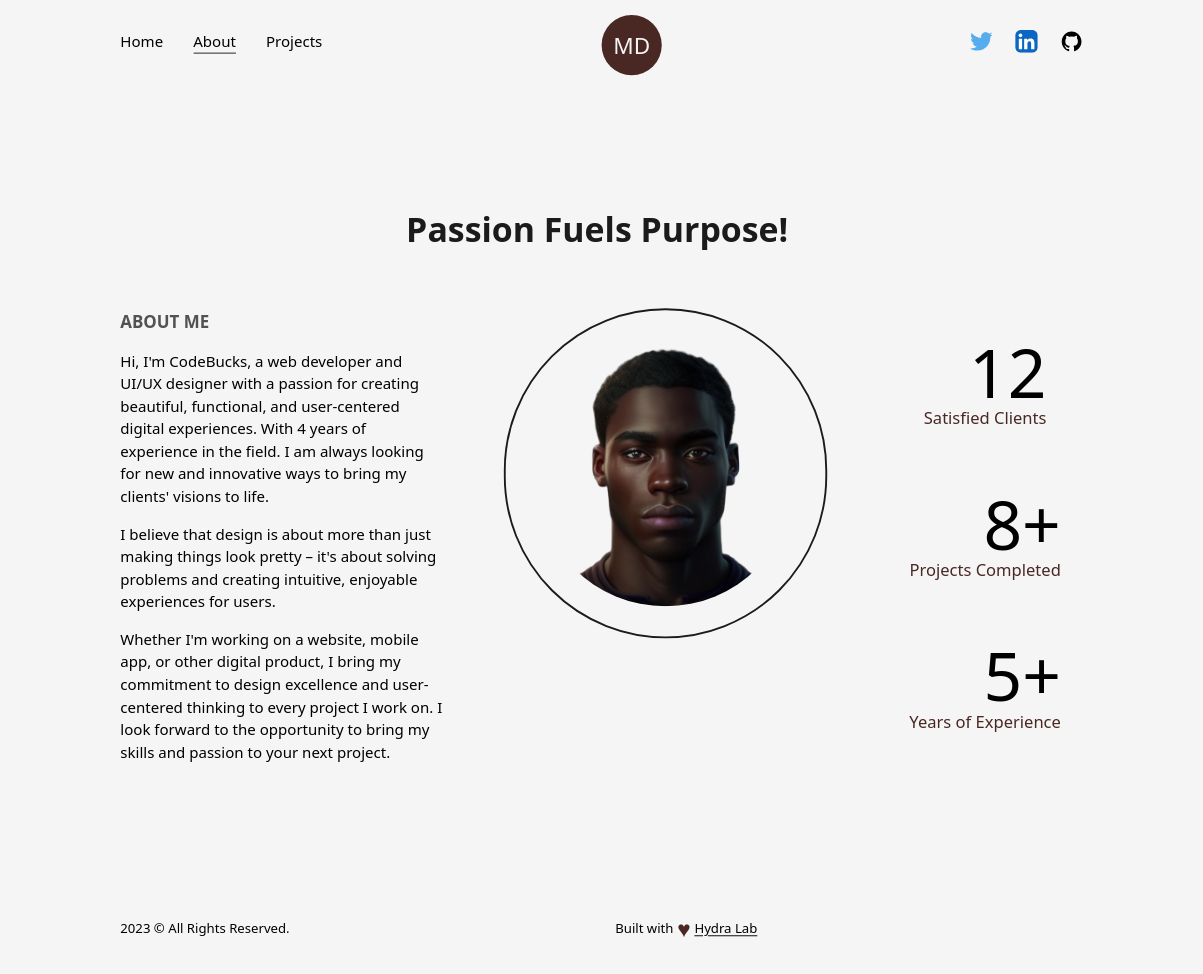
Repository: marcusdashe/situs
Page: /about
These files come from the project's save history. The page is drawn as it stood at one moment and after the next save; the edit follows.
The browser window is 1280 px wide. The pictures show the whole page, at 94% of full size.
The project was rebuilt for these pictures with package versions that can differ from the ones it lists, and the page was loaded fresh each time. The framework's server and built-in components were replaced by stand-ins that run in the browser.

Above is the page before, as saved 2023-06-29 14:48:02.

After the next save:
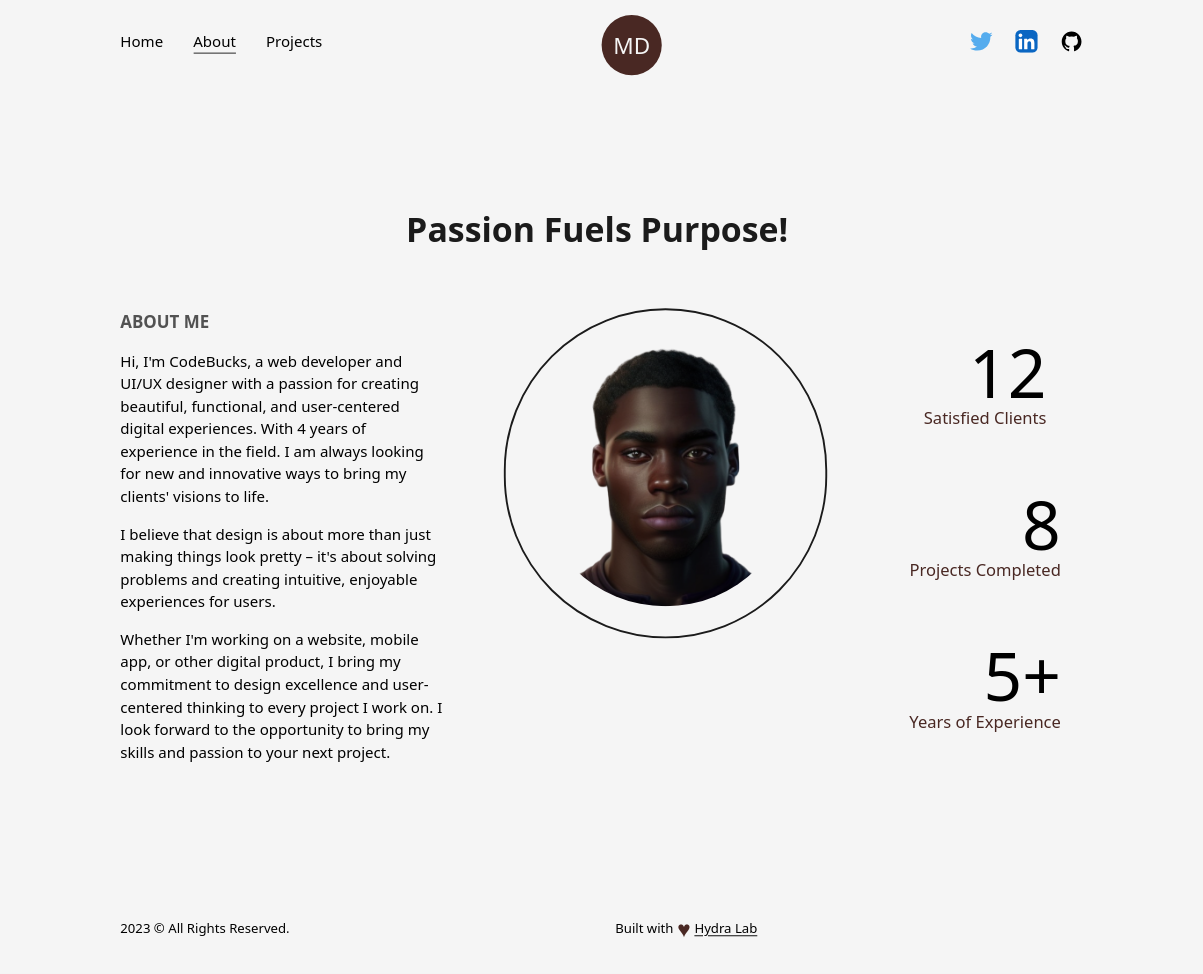
Saved 4 min 0 s later.
--- a/src/pages/about.js
+++ b/src/pages/about.js
@@ -88,7 +88,9 @@ const About = () => {
               </div>
 
               <div className="flex flex-col items-end justify-center">
-                <span className="inline-block text-7xl">8+</span>
+                <span className="inline-block text-7xl">
+                  <AnimatedNumber value={8} />
+                </span>
                 <h2 className="text-[1.1rem] font-medium text-primaryDark">
                   Projects Completed
                 </h2>
